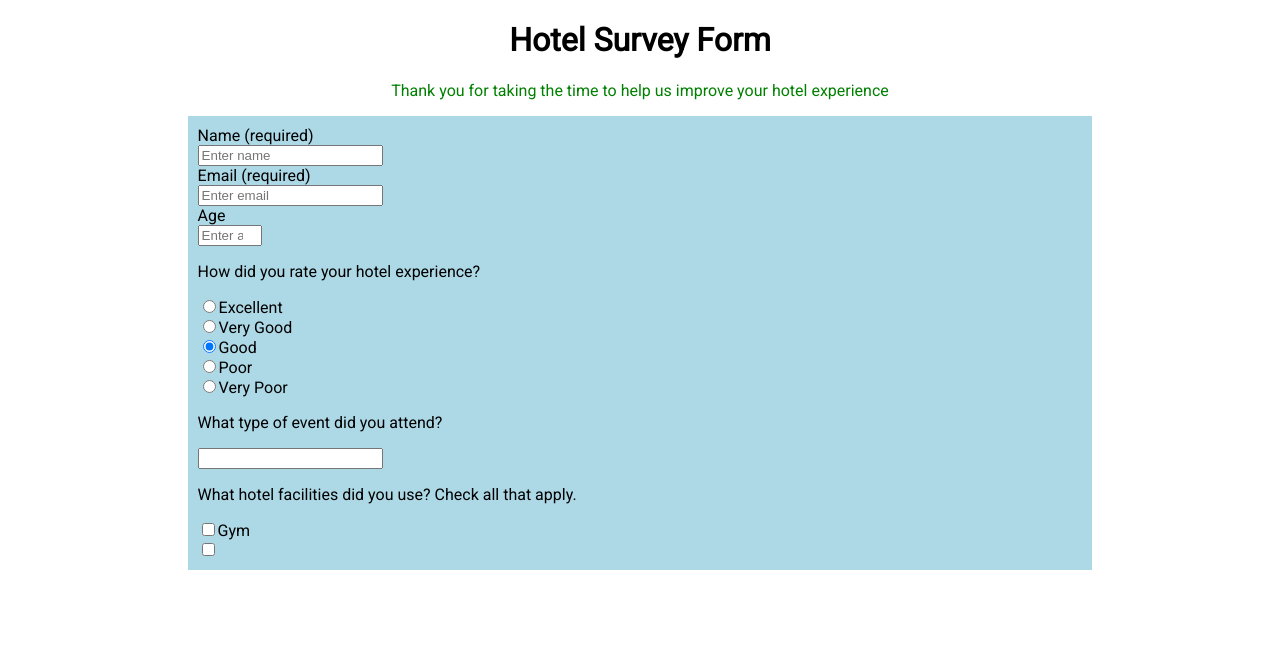
Repository: derektypist/survey-form
Page: index.html
The author's editor kept a record of every edit. The page is drawn from the files as they stood at one moment, then again after the next edit.
The browser window is 1280 px wide. The pictures show the whole page.

Above is the page before.

### index.html
<!DOCTYPE html>
<html lang="en">
<head>
    <meta charset="UTF-8">
    <meta name="viewport" content="width=device-width, initial-scale=1.0">
    <meta http-equiv="X-UA-Compatible" content="ie=edge">
    <title>Hotel Survey Form</title>
    <!-- Load Style Sheets -->
    <link href="https://fonts.googleapis.com/css?family=Roboto&display=swap" rel="stylesheet">
    <style>
        /* Title */
        #title {
            font-family: "Roboto", Arial, Verdana, sans-serif;
            text-align: center;
        }

        /* Description */
        #description {
            font-family: "Roboto", Arial, Verdana, sans-serif;
            text-align: center;
            color: green;
        }

        /* Survey Form */
        #survey-form {
            display: block;
            margin: auto;
            max-width: 70%;
            background-color: lightblue;
            font-family: "Roboto", Arial, Verdana, sans-serif;
            text-align: left;
            padding: 10px;
        }
    </style>
</head>
<body>
    <!-- Provide Title and Description -->
    <header>
        <h1 id="title">Hotel Survey Form</h1>
        <p id="description">Thank you for taking the time to help us improve your hotel experience</p>
    </header>

    <!-- Provide Survey Form -->
    <main>
        <section>
            <form id="survey-form">
                <!-- Set up Name Field -->
                <label for="name" id="name-label">Name (required)</label>
                <br>
                <input type="text" id="name" placeholder="Enter name" name="name" required />
                <br>

                <!-- Set up Email Field -->
                <label for="email" id="email-label">Email (required)</label>
                <br>
                <input type="email" id="email" placeholder="Enter email" name="email" required />
                <br>

                <!-- Set up Age (Number) Field -->
                <label for="number" id="number-label">Age</label>
                <br>
                <input type="number" id="number" placeholder="Enter age (years)" name="number" min="0" max="100">
                <br>

                <!-- Set up Radio Buttons with Default set to Good -->
                <p>How did you rate your hotel experience?</p>
                <input type="radio" name="experience" value="excellent">Excellent
                <br>
                <input type="radio" name="experience" value="verygood">Very Good
                <br>
                <input type="radio" name="experience" value="good" checked>Good
                <br>
                <input type="radio" name="experience" value="poor">Poor
                <br>
                <input type="radio" name="experience" value="verypoor">Very Poor
                <br>

                <!-- Set up Dropdown List (Datalist) -->
                <p>What type of event did you attend?</p>
                <input list="dropdown" name="eventtypes">
                <datalist id="dropdown">
                    <option value="Balls"></option>
                    <option value="Christmas Day Lunch"></option>
                    <option value="Conferences"></option>
                    <option value="Exhibitions"></option>
                    <option value="Fairs"></option>
                    <option value="Weddings"></option>
                    <option value="Workshops"></option>
                </datalist>

                <!-- Set up Check Boxes -->
                <p>What hotel facilities did you use?  Check all that apply.</p>
                <input type="checkbox" name="facility1" value="Gym">Gym
                <br>
                <input type="checkbox" name="facility2" value="Car Park"


            </form>
        </section>
    </main>
</body>
</html>

After the next edit:
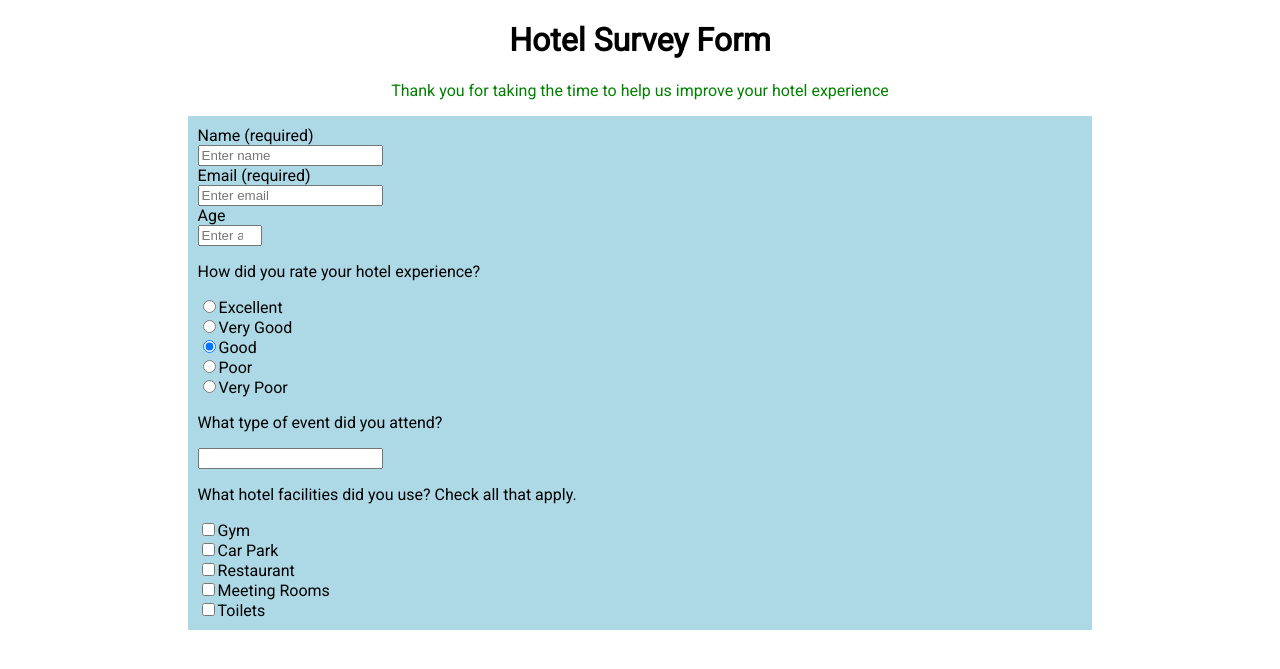
The edit:
--- a/index.html
+++ b/index.html
@@ -92,7 +92,14 @@
                 <p>What hotel facilities did you use?  Check all that apply.</p>
                 <input type="checkbox" name="facility1" value="Gym">Gym
                 <br>
-                <input type="checkbox" name="facility2" value="Car Park"
+                <input type="checkbox" name="facility2" value="Car Park">Car Park
+                <br>
+                <input type="checkbox" name="facility3" value="Restaurant">Restaurant
+                <br>
+                <input type="checkbox" name="facility4" value="Meeting Rooms">Meeting Rooms
+                <br>
+                <input type="checkbox" name="facility5" value="Toilets">Toilets
+                <br>
 
 
             </form>
